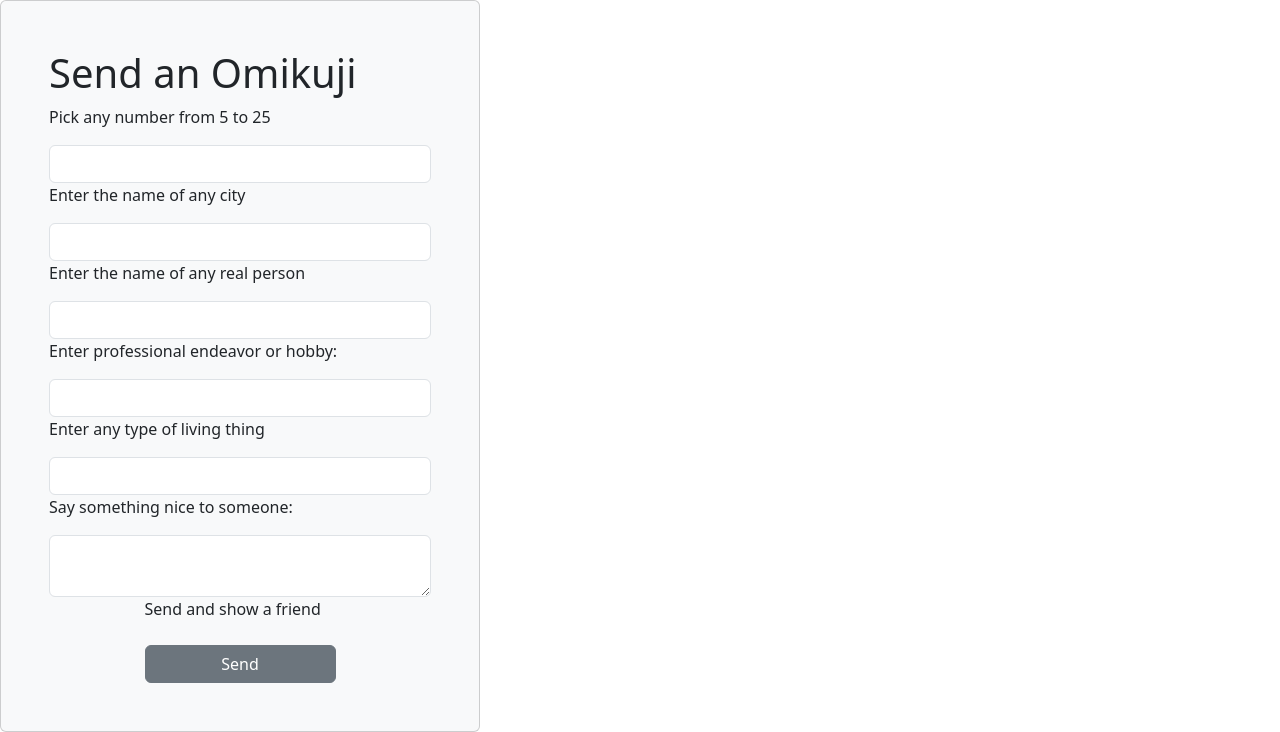
Repository: ShathaMorales/Java-Stack
Page: http://localhost/OmikujiForm/WEB-INF/index.jsp
These files come from the project's save history. The page is drawn as it stood at one moment and after the next save; the edit follows.
The browser window is 1280 px wide. The pictures show the whole page.
The page is served by Tomcat 10. Nobody is signed in. Other server files are loaded and not shown. The template is opened directly, without the code that normally fills it, so the values that code supplies are empty.

Above is the page before, as saved 2023-05-06 10:44:10.

### _java/JavaSpring/OmikujiForm/OmikujiForm/src/main/webapp/WEB-INF/index.jsp
<%@ page language="java" contentType="text/html; charset=UTF-8"
    pageEncoding="UTF-8"%>
<%@ taglib prefix = "c" uri = "http://java.sun.com/jsp/jstl/core" %>
<%@ taglib prefix="form" uri="http://www.springframework.org/tags/form"%>
<!DOCTYPE html>
<html>
<head>
<meta charset="UTF-8">
<link href="https://cdn.jsdelivr.net/npm/bootstrap@5.3.0-alpha3/dist/css/bootstrap.min.css" rel="stylesheet" integrity="sha384-KK94CHFLLe+nY2dmCWGMq91rCGa5gtU4mk92HdvYe+M/SXH301p5ILy+dN9+nJOZ" crossorigin="anonymous">
<title>Omikuji Form</title>
</head>
<body>
	<div class="card p-5 bg-light center" style="width: 30rem;">
		<h1>Send an Omikuji</h1>
		<form action="/omikuji/handle" method="POST">
			<p><label>Pick any number from 5 to 25</label></p>
			<input class="form-control" type="number" name="number">

			<p><label>Enter the name of any city</label></p>
			<input class="form-control" type="text" name="city">

			<p><label>Enter the name of any real person</label></p>
			<input class="form-control" type="text" name="name">

			<p><label>Enter professional endeavor or hobby:</label></p>
			<input class="form-control" type="text" name="hobby">

			<p><label>Enter any type of living thing</label></p>
			<input class="form-control" type="text" name="thing">

			<p><label>Say something nice to someone:</label></p>
			<textarea class="form-control" id="textarea" name="textarea"></textarea>
			<div class="d-grid gap-2 col-6 mx-auto">
				<p><label>Send and show a friend</label></p>
				<input class="btn btn-secondary" type="submit" value="Send">
			</div>
		</form>
	</div>

</body>
</html>

After the next save:
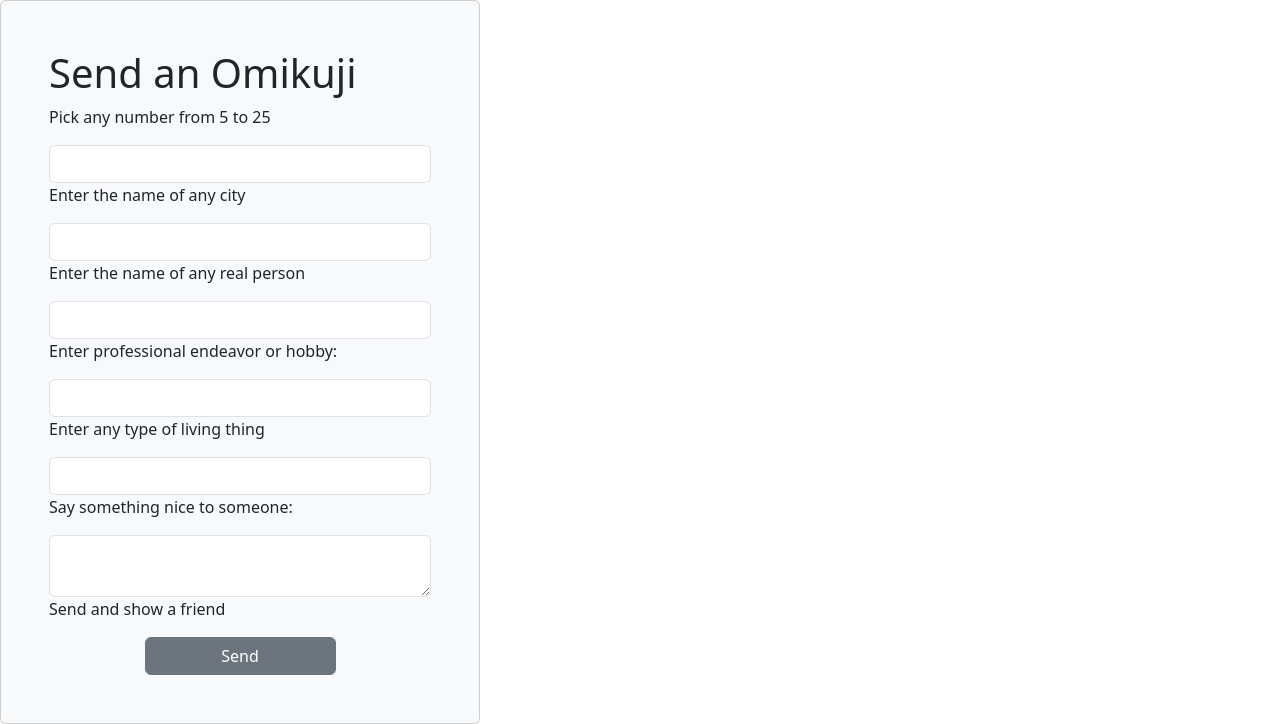
Saved 72 s later.
--- a/_java/JavaSpring/OmikujiForm/OmikujiForm/src/main/webapp/WEB-INF/index.jsp
+++ b/_java/JavaSpring/OmikujiForm/OmikujiForm/src/main/webapp/WEB-INF/index.jsp
@@ -30,8 +30,9 @@
 
 			<p><label>Say something nice to someone:</label></p>
 			<textarea class="form-control" id="textarea" name="textarea"></textarea>
+
+			<p><label style="italic">Send and show a friend</label></p>
 			<div class="d-grid gap-2 col-6 mx-auto">
-				<p><label>Send and show a friend</label></p>
 				<input class="btn btn-secondary" type="submit" value="Send">
 			</div>
 		</form>
